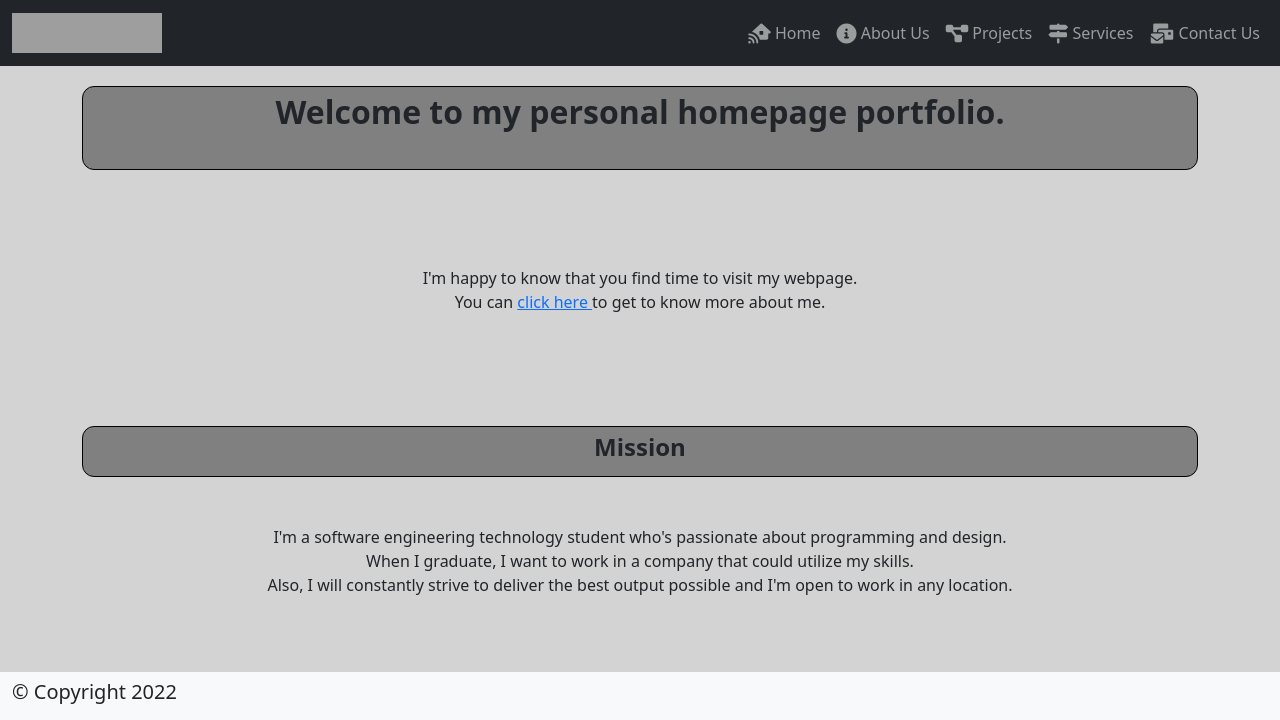
Repository: acarino4/Express-Portfolio-Site
Page: http://localhost/
An editor plug-in stored every save of this project. The page is shown before and after the next save, followed by the edit.
The browser window is 1280 px wide. The pictures show the whole page.
Pictures or frames that could not be fetched are drawn as grey boxes. The page is served by the project's Node server (server.js). Other server files are loaded and not shown.

Above is the page before, as saved 2022-10-08 18:57:57.

### Server/Views/index.ejs
<!--
    *****************************************
    * File Name: MyExpressPortfolio         *
    * Students Name: Jenyll Mabborang       *
    * Student ID: 301225121                 *
    * Date: June 06, 2022                   *
    *****************************************
-->

<!DOCTYPE html>
<html lang="en">
<head>
    <meta charset="UTF-8">
    <meta http-equiv="X-UA-Compatible" content="IE=edge">
    <meta name="viewport" content="width=device-width, initial-scale=1.0">
    <title><%= title %></title>
    <!-- CSS Goes Here -->
    <link rel="stylesheet" href="./bootstrap/dist/css/bootstrap.min.css">
    <link rel="stylesheet" href="./@fortawesome/fontawesome-free/css/all.min.css">
    <link rel="stylesheet" href="./Content/app.css">
</head>
<body>
    <!-- Main Navigation Section -->
    <header>
        <%- include('components/header.ejs'); %> <!-- Inserts or injects my header.ejs inside my header-->
    </header>

    <!-- Content Section -->
    <main>
        <%- include('content/' + page + '.ejs'); %>
    </main>

    <!-- Site-wide Footer Section -->
    <footer>
        <!-- Site-wide footer -->
        <%- include('components/footer.ejs'); %> <!-- Inserts or injects my footerr.ejs inside my footer-->
    </footer>

    <!-- JavaScript goes here -->
    <script src="./jquery/dist/jquery.min.js"></script>
    <script src="./bootstrap/dist/js/bootstrap.min.js"></script>
    <script src="./@fortawesome/fontawesome-free/js/all.min.js"></script>
    <script src="./Scripts/app.js"></script>
</body>
</html>

### Server/Views/components/header.ejs
<!--
  Name: Angelo Caster M. Carino
  Student ID: 301223955
  Assignment 1: Express Portfolio Site
-->
<nav class="navbar navbar-expand-lg navbar-dark bg-dark">
    <div class="container-fluid">
      <a class="navbar-brand" href="/"><img src="./Assets/images/logo.png" alt="" width="150" height="40"></i> </a>
      <button class="navbar-toggler" type="button" data-bs-toggle="collapse" data-bs-target="#navbarSupportedContent" aria-controls="navbarSupportedContent" aria-expanded="false" aria-label="Toggle navigation">
        <span class="navbar-toggler-icon"></span>
      </button>
      <div class="collapse navbar-collapse" id="navbarSupportedContent">
        <ul class="navbar-nav ms-auto mb-2 mb-lg-0">

          <!-- Home Page link -->
          <li class="nav-item">
            <a class="nav-link" aria-current="page" href="/home"><i class="fa-solid fa-house-signal fa-lg"></i> Home</a>
          </li>

          <!-- About Page link -->
          <li class="nav-item">
            <a class="nav-link" aria-current="page" href="/about"><i class="fa-solid fa-circle-info fa-lg"></i></i> About Us</a>
          </li>

          <!-- Projects Page link -->
          <li class="nav-item">
            <a class="nav-link" aria-current="page" href="/projects"><i class="fa-solid fa-diagram-project fa-lg"></i></i> Projects</a>
          </li>

          <!-- Services Page link -->
          <li class="nav-item">
            <a class="nav-link" aria-current="page" href="/services"><i class="fa-solid fa-signs-post fa-lg"></i></i> Services</a>
          </li>

          <!-- Contact Page link -->
          <li class="nav-item">
            <a class="nav-link" aria-current="page" href="/contact"><i class="fa-solid fa-envelopes-bulk fa-lg"></i> Contact Us</a>
          </li>

        </ul>
      </div>
    </div>
  </nav>

### Server/Views/content/home.ejs
<!--
  Name: Angelo Caster M. Carino
  Student ID: 301223955
  Assignment 1: Express Portfolio Site
-->

<!-- HOME.EJS body content section -->
<head>
    <style>
        body {
            background-color:lightgray;
        }
        .div1 {
            border: 1px solid black;
            border-radius: 12px;
            padding: 6px;
            background-color: grey;
            text-align: center;


        }

   </style>

</head>

<div class="container" style="padding-top: 20px;">
    <!-- Welcome Message -->
    <div class = "div1">
    <h2><strong>Welcome to my personal homepage portfolio.</strong></h2> <br>
</div>
<br>
<br>
<br>
<br>
<center>
    <p>I'm happy to know that you find time to visit my webpage. <br>
    <!-- Link to my about page -->
    You can <a href="./about"> click here </a> to get to know more about me.</p> <br><br><br><br>

    <!-- Mission Statement -->
    <div class = "div1">
    <h4> <strong>Mission</strong> </h4>
</div>
<br>
<br>
    <p>I'm a software engineering technology student who's passionate about programming and design. <br>
    When I graduate, I want to work in a company that could utilize my skills. <br>
    Also, I will constantly strive to deliver the best output possible and I'm open to work in any location.</p>

    <p> </p>
</div>
</center>

### Server/Views/components/footer.ejs
<!--
  Name: Angelo Caster M. Carino
  Student ID: 301223955
  Assignment 1: Express Portfolio Site
-->

<nav class="navbar fixed-bottom bg-light">
    <div class="container-fluid">
      <h5 id="copyright">&copy; Copyright 2022 </h5>
    </div>
</nav>

### server.js
#!/usr/bin/env node
"use strict";
var __importDefault = (this && this.__importDefault) || function (mod) {
    return (mod && mod.__esModule) ? mod : { "default": mod };
};
Object.defineProperty(exports, "__esModule", { value: true });
const app_1 = __importDefault(require("./Server/Config/app"));
const debug_1 = __importDefault(require("debug"));
(0, debug_1.default)('lesson4:server');
const http_1 = __importDefault(require("http"));
const port = normalizePort(process.env.PORT || '3000');
app_1.default.set('port', port);
const server = http_1.default.createServer(app_1.default);
server.listen(port);
server.on('error', onError);
server.on('listening', onListening);
function normalizePort(val) {
    var port = parseInt(val, 10);
    if (isNaN(port)) {
        return val;
    }
    if (port >= 0) {
        return port;
    }
    return false;
}
function onError(error) {
    if (error.syscall !== 'listen') {
        throw error;
    }
    let bind = typeof port === 'string'
        ? 'Pipe ' + port
        : 'Port ' + port;
    switch (error.code) {
        case 'EACCES':
            console.error(bind + ' requires elevated privileges');
            process.exit(1);
            break;
        case 'EADDRINUSE':
            console.error(bind + ' is already in use');
            process.exit(1);
            break;
        default:
            throw error;
    }
}
function onListening() {
    let addr = server.address();
    let bind = 'pipe ' + addr;
    (0, debug_1.default)('Listening on ' + bind);
}
//# sourceMappingURL=server.js.map

### Server/Routes/index.js
"use strict";
var __importDefault = (this && this.__importDefault) || function (mod) {
    return (mod && mod.__esModule) ? mod : { "default": mod };
};
Object.defineProperty(exports, "__esModule", { value: true });
const express_1 = __importDefault(require("express"));
const router = express_1.default.Router();
router.get('/', function (req, res, next) {
    res.render('index', { title: 'Home', page: 'home' });
});
router.get('/home', function (req, res, next) {
    res.render('index', { title: 'Home', page: 'home' });
});
router.get('/about', function (req, res, next) {
    res.render('index', { title: 'About Us', page: 'about' });
});
router.get('/projects', function (req, res, next) {
    res.render('index', { title: 'Our Projects', page: 'projects' });
});
router.get('/services', function (req, res, next) {
    res.render('index', { title: 'Our Services', page: 'services' });
});
router.get('/contact', function (req, res, next) {
    res.render('index', { title: 'Contact Us', page: 'contact' });
});
exports.default = router;
//# sourceMappingURL=index.js.map

### Client/Content/app.css
/*CUSTOM CSS GOES HERE*/

### Client/Scripts/app.js
"use strict";
(function () {
    function Start() {
        console.log("App Started!");
        let XHR = new XMLHttpRequest();
        XHR.open("GET", "../data/data.json");
        XHR.send();
        XHR.addEventListener("readystatechange", function () {
            if (XHR.readyState == 4 && XHR.status == 200) {
                console.log("JSON Data:");
                console.log("===========");
                console.log(XHR.responseText);
            }
        });
    }
    window.addEventListener("load", Start);
})();
//# sourceMappingURL=app.js.map

### Client/data/data.json
{
    "FullName": "Jenyll Mabborang",
    "ContactNumber": "564315584",
    "EmailAddress": "jenyll@example.com"
}

After the next save:
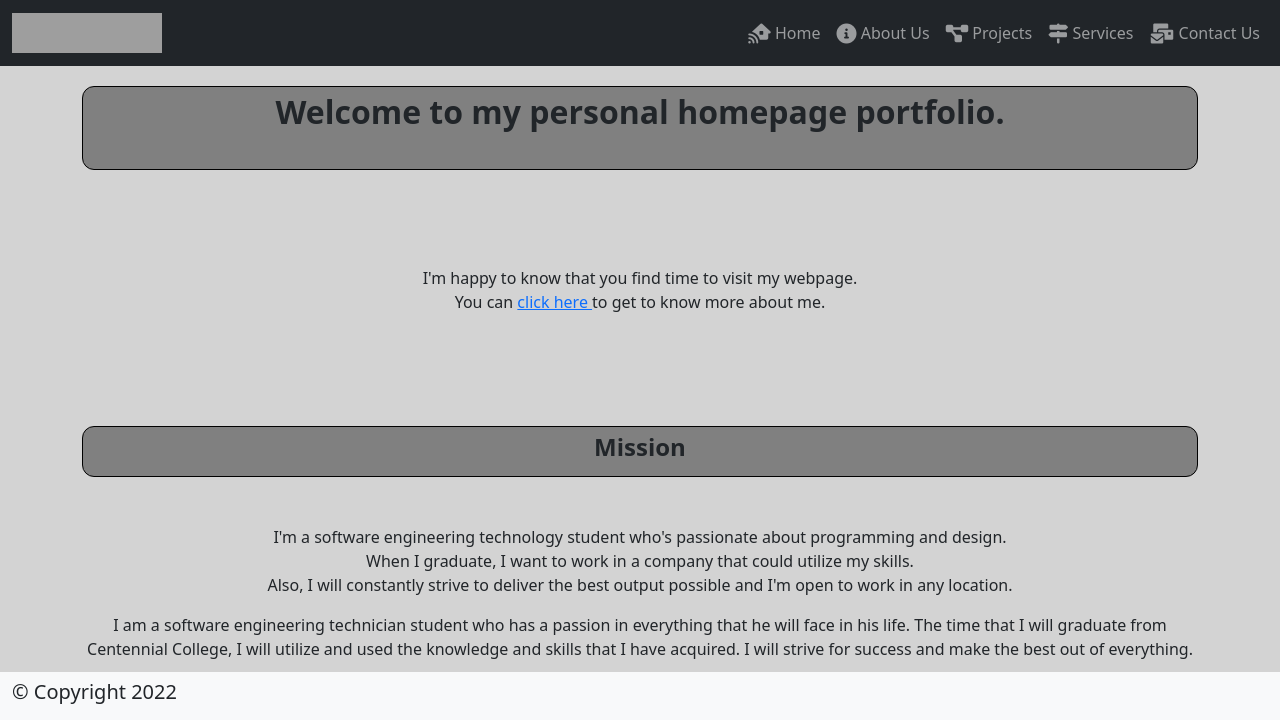
Saved 3 min 1 s later.
--- a/Server/Views/content/home.ejs
+++ b/Server/Views/content/home.ejs
@@ -48,6 +48,8 @@
     When I graduate, I want to work in a company that could utilize my skills. <br>
     Also, I will constantly strive to deliver the best output possible and I'm open to work in any location.</p>
 
-    <p> </p>
+    <p> I am a software engineering technician student who has a passion in everything that he will face in his life.
+        The time that I will graduate from Centennial College, I will utilize and used the knowledge and skills that
+        I have acquired. I will strive for success and make the best out of everything. </p>
 </div>
 </center>
